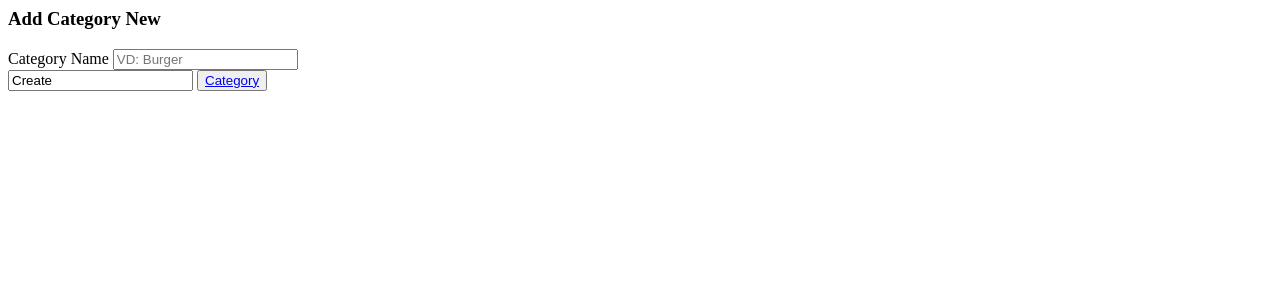
Repository: QunDev/du_an
Page: http://localhost/admin/categories/createCategory.php
An editor plug-in stored every save of this project. The page is shown before and after the next save, followed by the edit.
The browser window is 1280 px wide. The pictures show the whole page.
The page is run by PHP 8.4 with error messages shown; the project is at /var/www/html/.

Above is the page before, as saved 2023-11-22 10:23:36.

After the next save:
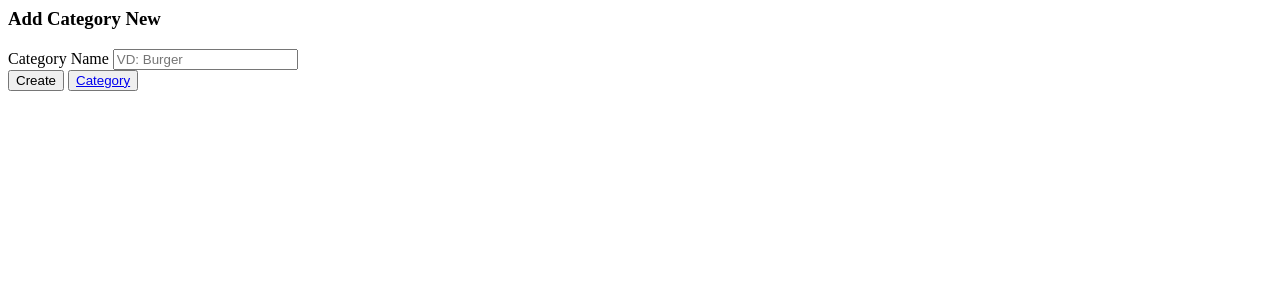
Saved 23 min 15 s later.
--- a/admin/categories/createCategory.php
+++ b/admin/categories/createCategory.php
@@ -22,7 +22,7 @@
           />
         </div>
 
-        <input value="Create" class="form-submit">
+        <input value="Create" type="button" class="form-submit">
         <button class="form-submit" type="button"><a href="index.php?action=listCategory">Category</a></button>
 
         <!-- <button class="form-submit" type="button" name="btnSubmit">Thêm</button> -->
